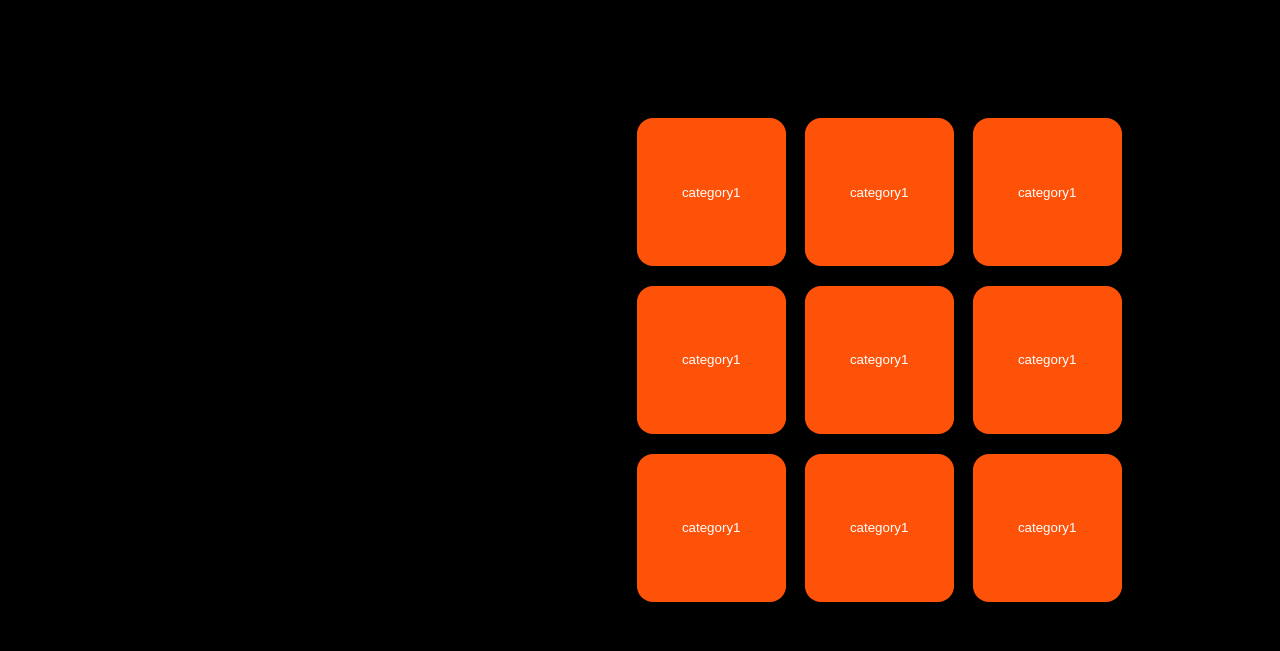
Repository: drumsmanku/react-capstone-project-2
Page: /categories
An editor plug-in stored every save of this project. The page is shown before and after the next save, followed by the edit.
The browser window is 1280 px wide. The pictures show the whole page.
Some web fonts or font styles are not loaded; a fallback is used. The project was rebuilt for these pictures with package versions that can differ from the ones it lists, and the page was loaded fresh each time. Also part of the build but not shown: src/components/RegistrationPage.js, src/components/SubmitSuccess.js.

Above is the page before, as saved 2023-05-24 08:48:45.

### src/index.css
body,html{
  padding: 0;
  margin: 0;
}

### src/App.js
import './App.css';
import RegistrationPage from './components/RegistrationPage';
import SubmitSuccess from './components/SubmitSuccess';
import CategoriesPage from './components/CategoriesPage';
import { BrowserRouter as Router, Route, Routes} from 'react-router-dom';
function App() {
  const categories=['category1', 'category1','category1','category1','category1','category1','category1', 'category1','category1',];
  const colors=['#FF5209', '#FF5209','#FF5209','#FF5209','#FF5209','#FF5209','#FF5209','#FF5209','#FF5209',]
  return (
    <div className='App'>
      <Router>
        <Routes>
          <Route path='/' element={<RegistrationPage />}/>
          <Route path='/success' element={<SubmitSuccess/>}/>
          <Route path='/categories' element={<CategoriesPage categories={categories} backgroundcolor={colors} />}/>
        </Routes>
      </Router>
    </div>
  );
}

export default App;

### src/App.css
.App {
  margin: 0;
  padding: 0;

}

### src/components/CategoriesPage.js
import React from 'react'
import './CategoriesPage.css'

function CategoriesPage(props) {
  const{categories, backgroundcolor}=props
  return (
    <div className='container'>
      <div className='first-container'>

      </div>
      <div className='second-container'>
        <div className='category-container'>
          {categories.map((category, index)=>(
            <button style={{border:'none', background:'none',color:'white', backgroundColor:backgroundcolor[index], height:'9.3rem', width:'9.3rem', margin:'0.6rem', borderRadius:'1rem'}} key={index}>{category}</button>
          ))}
        </div>
        <div>
          {/* next page button */}
        </div>

      </div>
    </div>
  )
}

export default CategoriesPage

### src/components/RegistrationPage.css
@import url('https://fonts.googleapis.com/css2?family=Roboto:wght@900&display=swap');
@import url('https://fonts.googleapis.com/css2?family=Single+Day&display=swap');
@import url('https://fonts.googleapis.com/css2?family=DM+Sans&display=swap');
.reg-page{
  background-image: url('../Assets/back1.png');
  background-size: 50% 120%;
  background-repeat: no-repeat;
  height: 100vh;

  background-color: black;
  display: flex;
}
.first-div{
  font-family:'Roboto';
  color: white;
  width: 50%;
  height: 100vh;
  display: flex;
  justify-content: center;
  position: relative;
}
.first-first-div{
  width: 70%;
  position: absolute;
  bottom: 4.5rem;
}
.first-first-div h1{
  font-size: 3rem;
  padding: 0;
  margin: 0;
}
.second-div{
  height: inherit;
  width: 50%;
  display: flex;
  flex-direction: column;
  justify-content: center;
  align-items: center;
  color: white;
}
.second-div h1{
  font-family: 'Single Day';
  font-size: 3.3rem;
  color: #72DB73;
  font-weight: 400;
  margin: 0;
}
.second-div h4{
  font-family: 'DM Sans';
  font-weight: 200;
  margin-bottom: 2rem;
  margin-top: 1rem;
  font-size: 1.1rem;
}
form{
  display: flex;
  flex-direction: column;
}
form input[type=text]{
  margin: 0.7rem;
  width: 23rem;
  height: 2.9rem;
  border: none;
  background-color: #292929;
  border-radius: 0.1rem;
  font-family: 'DM Sans';
}
form input[type=number]{
  margin: 0.7rem;
  width: 23rem;
  height: 2.9rem;
  border: none;
  background-color: #292929;
  border-radius: 0.1rem;
  font-family: 'DM Sans';

}
form input[type=email]{
  margin: 0.7rem;
  width: 23rem;
  height: 2.9rem;
  border: none;
  background-color: #292929;
  border-radius: 0.1rem;
  font-family: 'DM Sans';
}

form input::placeholder{
  padding-left: 0.9rem;
  font-size: 1rem;
}
.checkbox1{
  width: 100%;
  display: flex;
  padding-left: 0.5rem;
  font-family: 'DM Sans';
  margin: 1.6rem 0 1.6rem 0;
  font-size: 0.9rem;
}
.checkbox1 input[type="checkbox"]{
  margin-right: 1rem;
  border: none;
  transform: scale(1.4);
}
form button{
  background-color: #72DB73;
  border: none;
  height: 3rem;
  width: 23rem;
  border-radius: 2.2rem;
  font-size: 1.4rem;
  font-family: 'DM Sans';
  font-weight: 600;
  color: white;
  letter-spacing: 0.2rem;
}

### src/components/CategoriesPage.css
.container{
  display:flex;
  background-color: black;
  height: 100vh;
  width: 100%;
}
.first-container{
  height: inherit;
  width: 40%;
}

.second-container{
  height: inherit;
  width: 60%;
  display: flex;
  flex-direction: column;
  justify-content: center;
  align-items: center;

}
.category-container{
  width: 70%;
}

Loaded but not shown: public/index.html (common file); src/index.js (common file)

After the next save:
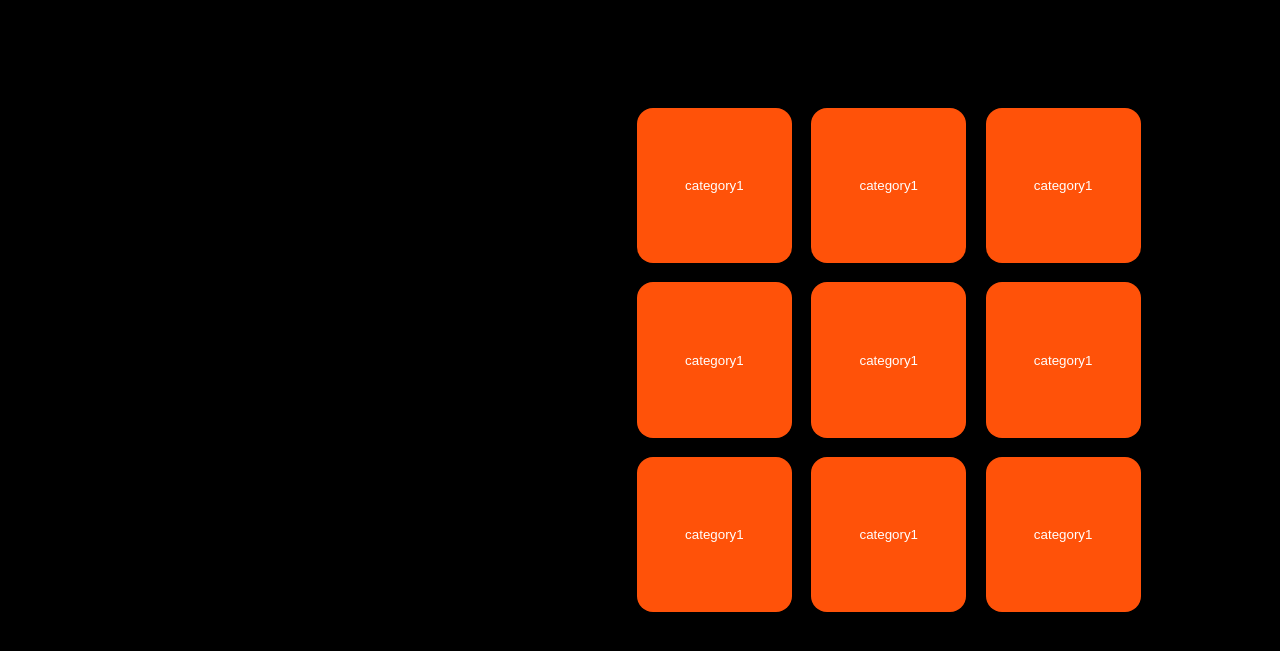
Saved 16 s later.
--- a/src/components/CategoriesPage.js
+++ b/src/components/CategoriesPage.js
@@ -11,7 +11,7 @@ function CategoriesPage(props) {
       <div className='second-container'>
         <div className='category-container'>
           {categories.map((category, index)=>(
-            <button style={{border:'none', background:'none',color:'white', backgroundColor:backgroundcolor[index], height:'9.3rem', width:'9.3rem', margin:'0.6rem', borderRadius:'1rem'}} key={index}>{category}</button>
+            <button style={{border:'none', background:'none',color:'white', backgroundColor:backgroundcolor[index], height:'9.7rem', width:'9.7rem', margin:'0.6rem', borderRadius:'1rem'}} key={index}>{category}</button>
           ))}
         </div>
         <div>
